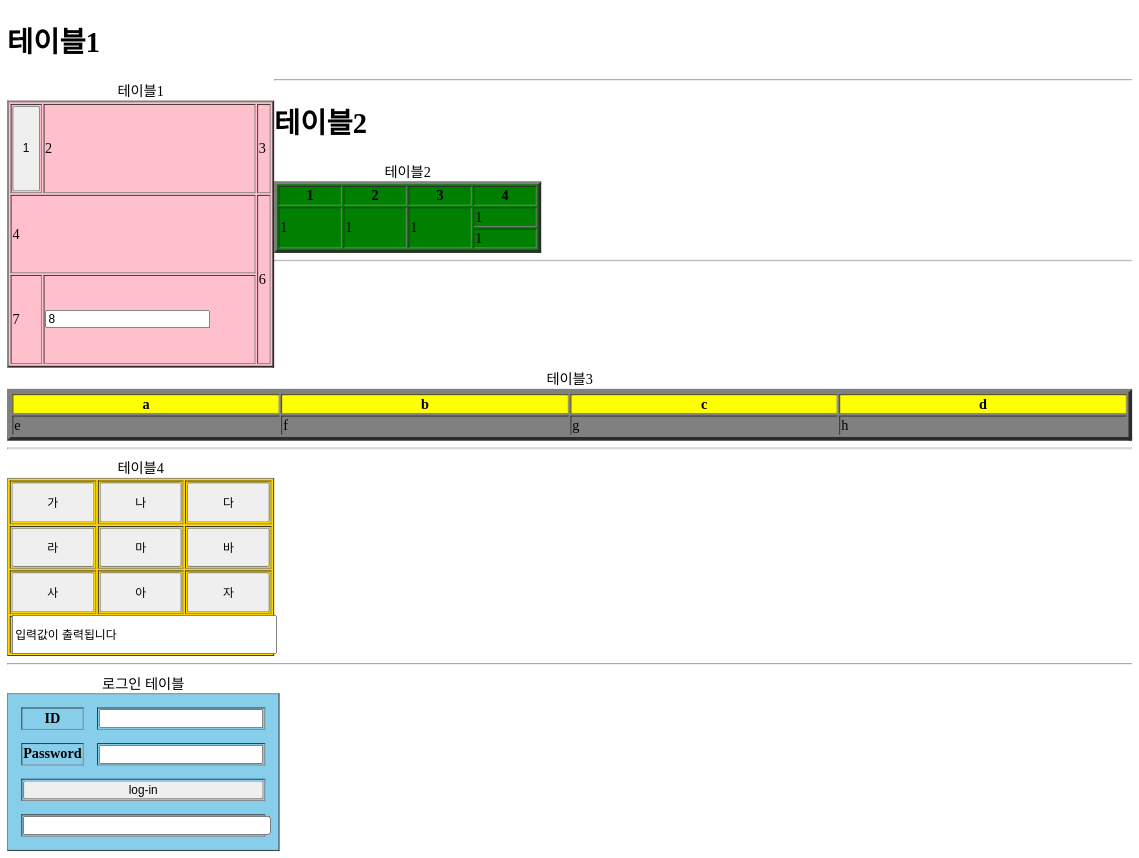
Repository: trapezer84/JSP
Page: http://localhost/AB_WebCalc/listTest1.jsp
An editor plug-in stored every save of this project. The page is shown before and after the next save, followed by the edit.
The browser window is 1280 px wide. The pictures show the whole page, at 89% of full size.
The page is served by Tomcat 9.

Above is the page before, as saved 2016-02-03 00:46:49.

After the next save:
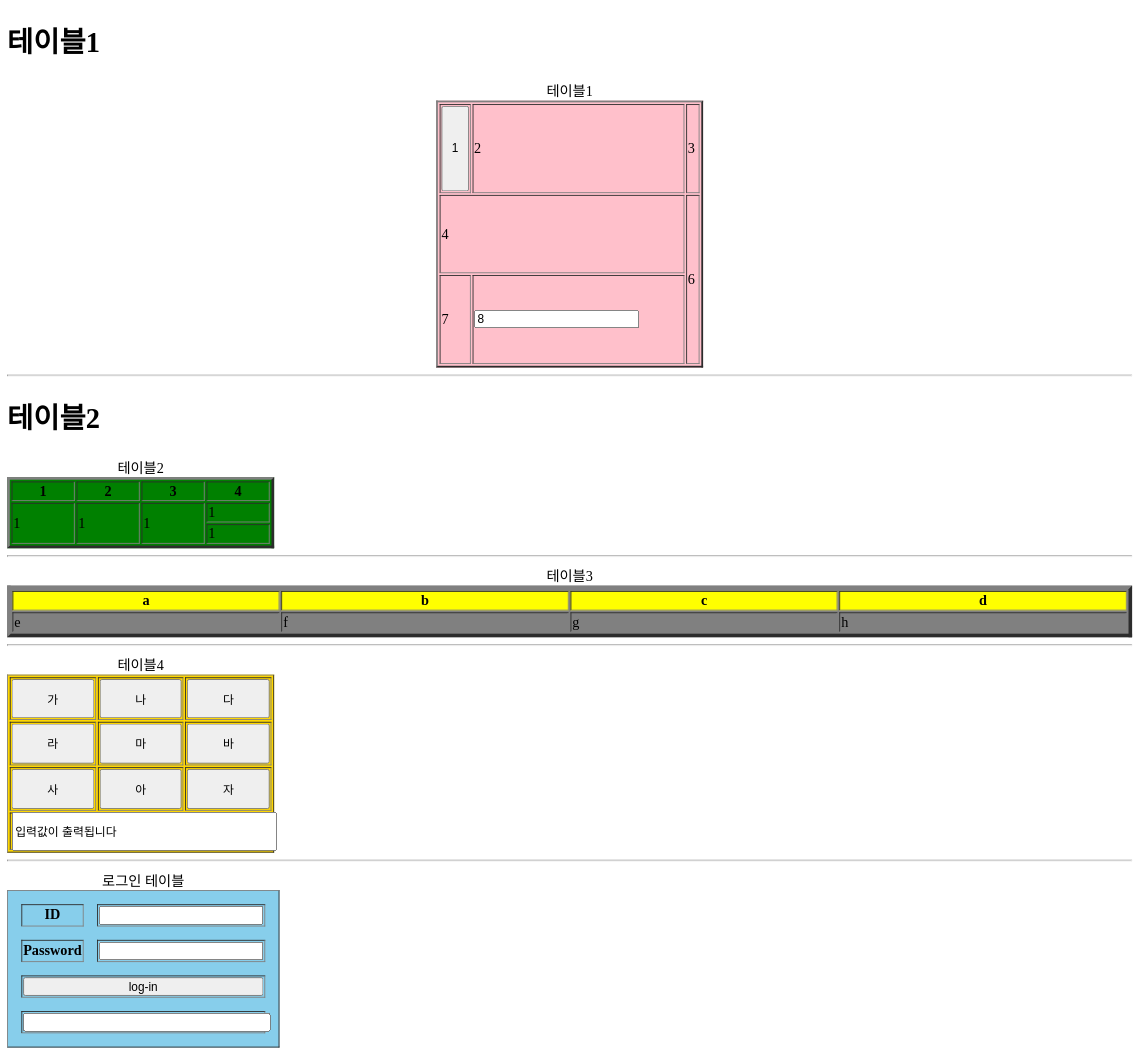
Saved 9 s later.
--- a/AB_WebCalc/WebContent/listTest1.jsp
+++ b/AB_WebCalc/WebContent/listTest1.jsp
@@ -26,7 +26,7 @@
 </head>
 <body>
 	<h1>테이블1</h1>
-	<table border="2" align="left" bgcolor="pink" summary="처음하는 테이블 입니다."  width=300 height=300>
+	<table border="2" align="center" bgcolor="pink" summary="처음하는 테이블 입니다."  width=300 height=300>
 	<caption>테이블1</caption>
 	<tr>
 		<td><input type="button" value="1" style="width:100%; height:100%"/></td>
